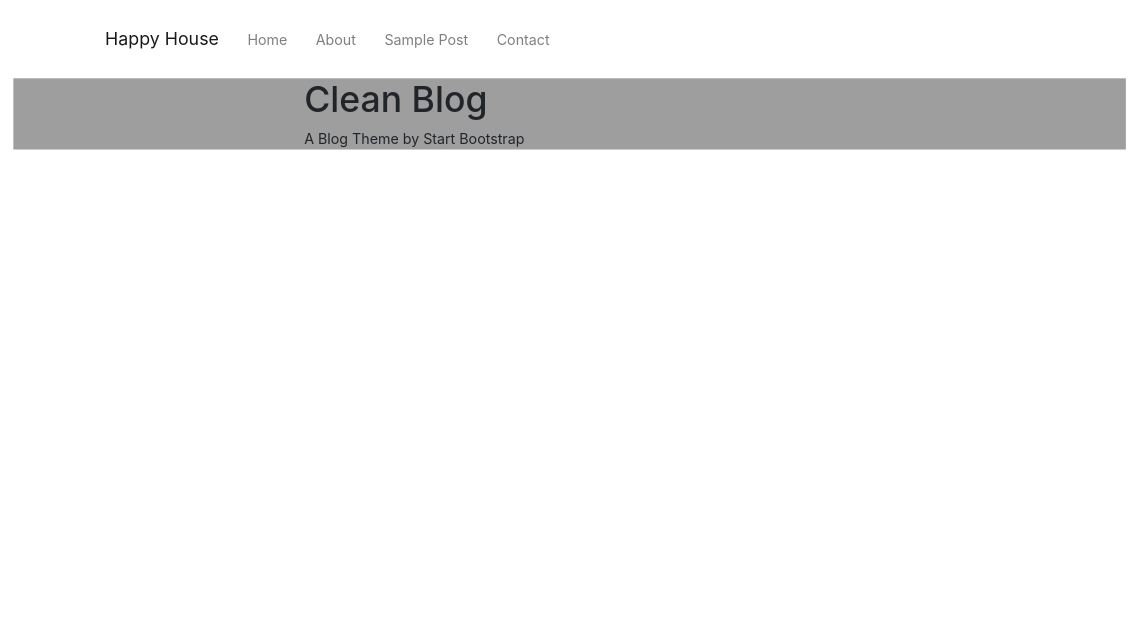
Repository: shinyoungjei/SSAFY_Final_PJT
Page: /user (app in front/)
An editor plug-in stored every save of this project. The page is shown before and after the next save, followed by the edit.
The browser window is 1280 px wide. The pictures show the whole page, at 89% of full size.
Pictures or frames that could not be fetched are drawn as grey boxes. The project was rebuilt for these pictures with package versions that can differ from the ones it lists, and the page was loaded fresh each time. Also part of the build but not shown: front/vue.config.js, front/src/views/HomeView.vue, front/src/views/AreaView.vue. Imported but missing from the stored project, and not drawn on this page: front/happyhouse/src/api/axios.js, front/happyhouse/src/components/faq/QuestionChatItem.

Above is the page before, as saved 2022-05-24 01:07:25.

### front/src/main.js
import Vue from "vue";
import App from "./App.vue";
import router from "./router";
import store from "./store";
import { BootstrapVue, IconsPlugin } from "bootstrap-vue"; // boot strap 관련 설정
import "bootstrap/dist/css/bootstrap.css"; // Bootstrap an BootstrapVue CSS 파일 임포트
import "bootstrap-vue/dist/bootstrap-vue.css";
// BootstrapVue 플러그인 설치
Vue.use(BootstrapVue);
Vue.use(IconsPlugin);

Vue.config.productionTip = false;

new Vue({
  router,
  store,
  render: (h) => h(App),
}).$mount("#app");

### front/src/App.vue
<template>
  <div id="app">
    <!--<Nav id="nav" />-->
    <top-header></top-header>
    <router-view />
    <!--<bottom />-->
  </div>
</template>

<script>
//import Nav from "@/components/common/Nav.vue";
//import Bottom from "@/components/common/Bottom.vue";
import TopHeader from "@/components/common/Header.vue";

export default {
  components: {
    //Nav,
    TopHeader,
    //Bottom,
  },
};
</script>

<style>
@import "@/assets/main.css";
#nav {
  padding: 5px;
}
</style>

### front/src/router/index.js
import Vue from "vue";
import VueRouter from "vue-router";
import HomeView from "@/views/HomeView.vue";
import AreaView from "@/views/AreaView.vue";

Vue.use(VueRouter);

const routes = [
  //홈 화면
  {
    path: "/",
    name: "home",
    component: HomeView,
  },
  {
    path: "/user",
    name: "user",
    component: () => import("@/views/UserView.vue"),
    children: [
      {
        path: "login",
        name: "login",
        component: () => import("@/components/user/UserLogin.vue"),
      },
      {
        path: "regist",
        name: "regist",
        component: () => import("@/components/user/UserRegister.vue"),
      },
      {
        path: "mypage",
        name: "mypage",
        component: () => import("@/components/user/UserMyPage.vue"),
      },
      {
        path: "testmypage",
        name: "testmypage",
        component: () => import("@/components/user/TestMyPage.vue"),
      },
    ],
  },
  {
    // Q&A
    path: "/question",
    component: () => import("@/views/QuestionView.vue"),
    children: [
      {
        // 리스트 정보 반환
        path: "",
        name: "questionList",
        component: () => import("@/components/faq/QuestionList.vue"),
      },
      {
        // 질문 등록.
        path: "/regist",
        name: "questionRegist",
        component: () => import("@/components/faq/QuestionsRegister.vue"),
      },
      {
        // 상세화면
        path: ":qnaNo",
        name: "questionDetail",
        component: () => import("@/components/faq/QuestionDetail.vue"),
      },
      {
        // 수정
        path: "modify/:qnaNo",
        name: "questionModify",
        component: () => import("@/components/faq/QuestionModify.vue"),
      },
    ],
  },
  {
    //공지사항
    path: "/notice",
    name: "notice",
    component: () => import("@/views/NoticeView.vue"),
    children: [
      {
        // 공지사항 리스트
        path: "",
        name: "noticeList",
        component: () => import("@/components/notice/NoticeList.vue"),
      },
      {
        // 공지사항 등록하기.
        path: "/noticeRegist",
        name: "noticeRegist",
        component: () => import("@/components/notice/NoticeRegister.vue"),
      },
      {
        // 공지사항 상세화면
        path: ":noticeNo",
        name: "noticeDetail",
        component: () => import("@/components/notice/NoticeDetail.vue"),
      },
      {
        // 공지사항 수정하기.
        path: "modify/:noticeNo",
        name: "noticeModify",
        component: () => import("@/components/notice/NoticeModify.vue"),
      },
    ],
  },
  {
    //매매정보
    path: "/aptDeal",
    name: "aptDeal",
    component: () => import("@/views/AptView.vue"),
  },
  {
    path: "/aptDetail",
    name: "aptDetail",
    component: () => import("@/views/AptDetailView.vue"),
  },
  {
    //관심지역
    path: "/area",
    name: "area",
    component: AreaView,
  },
];

const router = new VueRouter({
  mode: "history",
  base: process.env.BASE_URL,
  routes,
});

export default router;

### front/src/store/index.js
import Vue from "vue";
import Vuex from "vuex";
import axios from "@/api/axios.js";

Vue.use(Vuex);

export default new Vuex.Store({
  state: {
    questions: [],
    question: null,
  },

  getters: {},

  mutations: {
    SET_QUESTIONS(state, payload) {
      state.questions = payload;
    },

    SET_DETAIL_QUESION(state, payload) {
      state.question = payload;
    },

    SELECT_QUESTION(state, isSuccess, payload) {
      if (isSuccess === "success") {
        state.questions = payload;
      } else {
        alert("검색결과 없습니다.");
      }
    },

    // MODIFY_QUESTION(state, isSuccess, modifiedQna) {
    //   if (isSuccess === "success") {
    //     state.questions = state.questions.map((qna) => {
    //       if (qna.qnaNo == modifiedQna.qnaNo) {
    //         return modifiedQna;
    //       }
    //       return qna;
    //     });
    //   } else {
    //     alert("수정 실패!");
    //   }
    // },

    // REGIST_QUESTION(state, isSuccess, newQna) {
    //   if (isSuccess == "success") {
    //     state.questions.push(newQna);
    //   } else {
    //     alert("등록 실패");
    //   }
    // },

    // DELETE_QUESTION(state, isSuccess, deleteQnaNo) {
    //   if (isSuccess == "success") {
    //     const target = state.questions.map((qna) => {
    //       if (qna.qnaNo == deleteQnaNo) {
    //         return qna;
    //       }
    //     });
    //     state.questions.pop(target);
    //   } else {
    //     alert("삭제 실패!");
    //   }
    // },
  },

  actions: {
    setQuestions({ commit }) {
      axios.get("/qna").then(({ data }) => {
        commit("SET_QUESTIONS", data);
      });
    },

    async setDetailQuestion({ commit }, qnaNo) {
      const { data } = await axios.get(`/qna/${qnaNo}`);
      commit("SET_DETAIL_QUESION", data);
    },

    modifyQuestion(context, qna) {
      axios.put(`/qna/modify/${qna.qnaNo}`, qna).then(({ data }) => {
        console.log(data);
        // commit("MODIFY_QUESTION", data, qna);
      });
    },

    registQuestion(context, qna) {
      axios.post("/qna/regist", qna).then(({ data }) => {
        console.log(data);
        // commit("REGIST_QUESTION", data, qna);
      });
    },

    deleteQuestion(context, qnaNo) {
      axios.delete(`/qna/delete/${qnaNo}`).then(({ data }) => {
        console.log(data);
        //commit("DELETE_QUESTION", data, qnaNo);
      });
    },

    selectQuestion({ commit }, selectItem) {
      axios.get(`/qna`, selectItem).then(({ data }) => {
        commit("SELECT_QUESTION", data);
      });
    },
  },

  modules: {},
});

### front/src/assets/main.css
a {
  text-decoration: none;
  color: #787878;
}
input,
textarea,
.view {
  width: 100%;
  padding: 12px 20px;
  margin: 8px 0;
  display: inline-block;
  border: 1px solid #ccc;
  border-radius: 4px;
  box-sizing: border-box;
  color: #787878;
  font-size: medium;
}

.regist {
  padding: 10px;
}
.regist_form {
  border-radius: 5px;
  background-color: #f2f2f2;
  padding: 20px;
}

### front/src/components/common/Header.vue
<template>
  <b-container fluid>
    <!-- Navigation-->
    <nav class="navbar navbar-expand-lg navbar-light" id="mainNav">
      <div class="container px-4 px-lg-5">
        <a class="navbar-brand" href="index.html">Happy House</a>
        <button
          class="navbar-toggler"
          type="button"
          data-bs-toggle="collapse"
          data-bs-target="#navbarResponsive"
          aria-controls="navbarResponsive"
          aria-expanded="false"
          aria-label="Toggle navigation"
        >
          Menu
          <i class="fas fa-bars"></i>
        </button>
        <div class="collapse navbar-collapse" id="navbarResponsive">
          <ul class="navbar-nav ms-auto py-4 py-lg-0">
            <li class="nav-item">
              <a class="nav-link px-lg-3 py-3 py-lg-4" href="index.html"
                >Home</a
              >
            </li>
            <li class="nav-item">
              <a class="nav-link px-lg-3 py-3 py-lg-4" href="about.html"
                >About</a
              >
            </li>
            <li class="nav-item">
              <a class="nav-link px-lg-3 py-3 py-lg-4" href="post.html"
                >Sample Post</a
              >
            </li>
            <li class="nav-item">
              <a class="nav-link px-lg-3 py-3 py-lg-4" href="contact.html"
                >Contact</a
              >
            </li>
          </ul>
        </div>
      </div>
    </nav>
    <!-- Navigation End-->
    <!-- Page Header-->
    <header
      class="masthead"
      style="background-image: url('assets/img/home-bg.jpg')"
    >
      <div class="container position-relative px-4 px-lg-5">
        <div class="row gx-4 gx-lg-5 justify-content-center">
          <div class="col-md-10 col-lg-8 col-xl-7">
            <div class="site-heading">
              <h1>Clean Blog</h1>
              <span class="subheading">A Blog Theme by Start Bootstrap</span>
            </div>
          </div>
        </div>
      </div>
    </header>
    <!-- Page Header End-->
  </b-container>
</template>

<script>
export default {};
</script>

<style></style>

### front/src/views/UserView.vue
<template>
  <b-container>
    <router-view></router-view>
  </b-container>
</template>

<script>
export default {};
</script>

<style></style>

Loaded but not shown: front/public/index.html (common file)

After the next save:
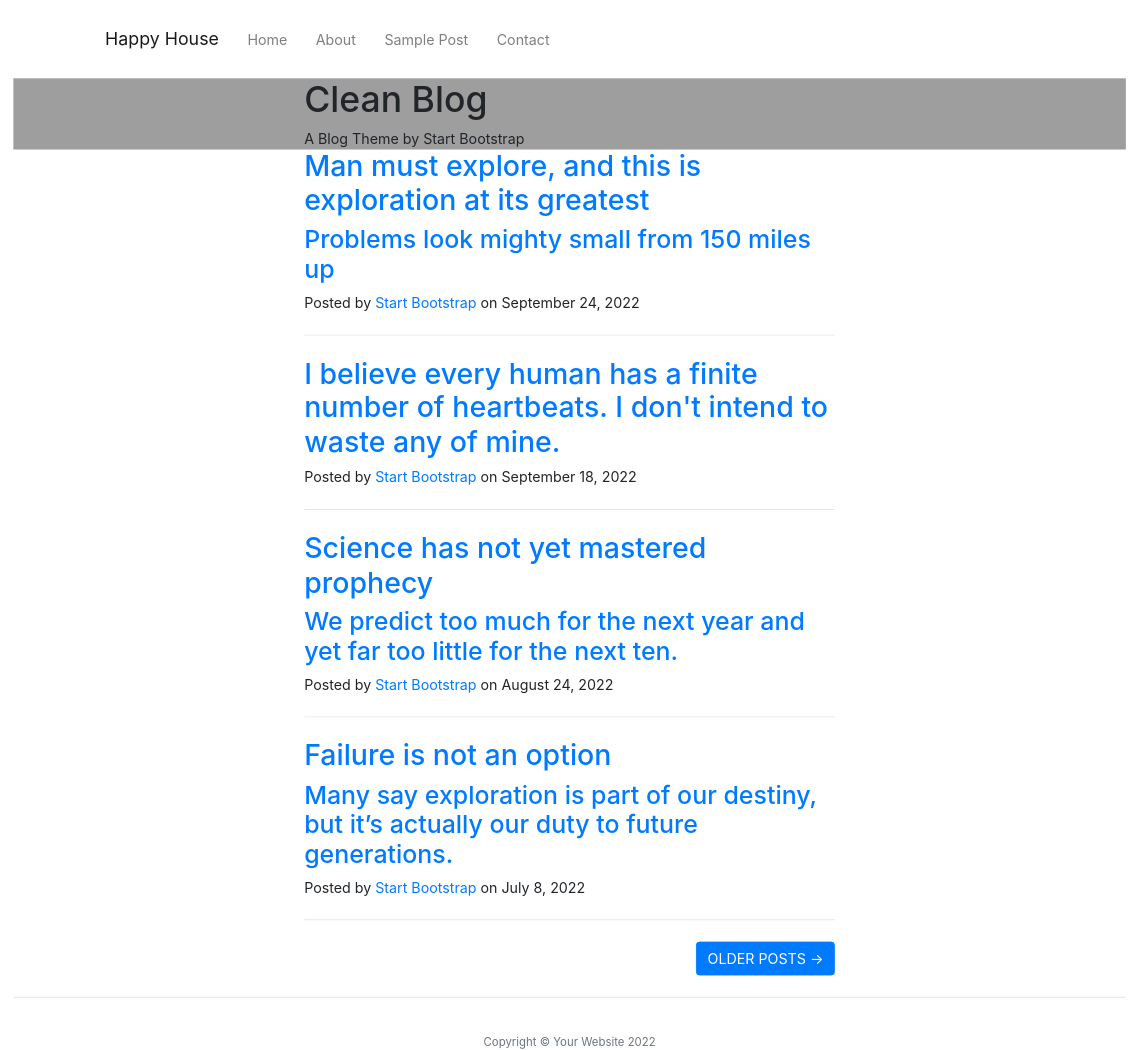
Saved 86 s later.
--- a/front/src/components/common/Header.vue
+++ b/front/src/components/common/Header.vue
@@ -60,6 +60,125 @@
       </div>
     </header>
     <!-- Page Header End-->
+    <!-- Main Content-->
+    <div class="container px-4 px-lg-5">
+      <div class="row gx-4 gx-lg-5 justify-content-center">
+        <div class="col-md-10 col-lg-8 col-xl-7">
+          <!-- Post preview-->
+          <div class="post-preview">
+            <a href="post.html">
+              <h2 class="post-title">
+                Man must explore, and this is exploration at its greatest
+              </h2>
+              <h3 class="post-subtitle">
+                Problems look mighty small from 150 miles up
+              </h3>
+            </a>
+            <p class="post-meta">
+              Posted by
+              <a href="#!">Start Bootstrap</a>
+              on September 24, 2022
+            </p>
+          </div>
+          <!-- Divider-->
+          <hr class="my-4" />
+          <!-- Post preview-->
+          <div class="post-preview">
+            <a href="post.html"
+              ><h2 class="post-title">
+                I believe every human has a finite number of heartbeats. I don't
+                intend to waste any of mine.
+              </h2></a
+            >
+            <p class="post-meta">
+              Posted by
+              <a href="#!">Start Bootstrap</a>
+              on September 18, 2022
+            </p>
+          </div>
+          <!-- Divider-->
+          <hr class="my-4" />
+          <!-- Post preview-->
+          <div class="post-preview">
+            <a href="post.html">
+              <h2 class="post-title">Science has not yet mastered prophecy</h2>
+              <h3 class="post-subtitle">
+                We predict too much for the next year and yet far too little for
+                the next ten.
+              </h3>
+            </a>
+            <p class="post-meta">
+              Posted by
+              <a href="#!">Start Bootstrap</a>
+              on August 24, 2022
+            </p>
+          </div>
+          <!-- Divider-->
+          <hr class="my-4" />
+          <!-- Post preview-->
+          <div class="post-preview">
+            <a href="post.html">
+              <h2 class="post-title">Failure is not an option</h2>
+              <h3 class="post-subtitle">
+                Many say exploration is part of our destiny, but it’s actually
+                our duty to future generations.
+              </h3>
+            </a>
+            <p class="post-meta">
+              Posted by
+              <a href="#!">Start Bootstrap</a>
+              on July 8, 2022
+            </p>
+          </div>
+          <!-- Divider-->
+          <hr class="my-4" />
+          <!-- Pager-->
+          <div class="d-flex justify-content-end mb-4">
+            <a class="btn btn-primary text-uppercase" href="#!"
+              >Older Posts →</a
+            >
+          </div>
+        </div>
+      </div>
+    </div>
+    <!-- Footer-->
+    <footer class="border-top">
+      <div class="container px-4 px-lg-5">
+        <div class="row gx-4 gx-lg-5 justify-content-center">
+          <div class="col-md-10 col-lg-8 col-xl-7">
+            <ul class="list-inline text-center">
+              <li class="list-inline-item">
+                <a href="#!">
+                  <span class="fa-stack fa-lg">
+                    <i class="fas fa-circle fa-stack-2x"></i>
+                    <i class="fab fa-twitter fa-stack-1x fa-inverse"></i>
+                  </span>
+                </a>
+              </li>
+              <li class="list-inline-item">
+                <a href="#!">
+                  <span class="fa-stack fa-lg">
+                    <i class="fas fa-circle fa-stack-2x"></i>
+                    <i class="fab fa-facebook-f fa-stack-1x fa-inverse"></i>
+                  </span>
+                </a>
+              </li>
+              <li class="list-inline-item">
+                <a href="#!">
+                  <span class="fa-stack fa-lg">
+                    <i class="fas fa-circle fa-stack-2x"></i>
+                    <i class="fab fa-github fa-stack-1x fa-inverse"></i>
+                  </span>
+                </a>
+              </li>
+            </ul>
+            <div class="small text-center text-muted fst-italic">
+              Copyright &copy; Your Website 2022
+            </div>
+          </div>
+        </div>
+      </div>
+    </footer>
   </b-container>
 </template>
 
